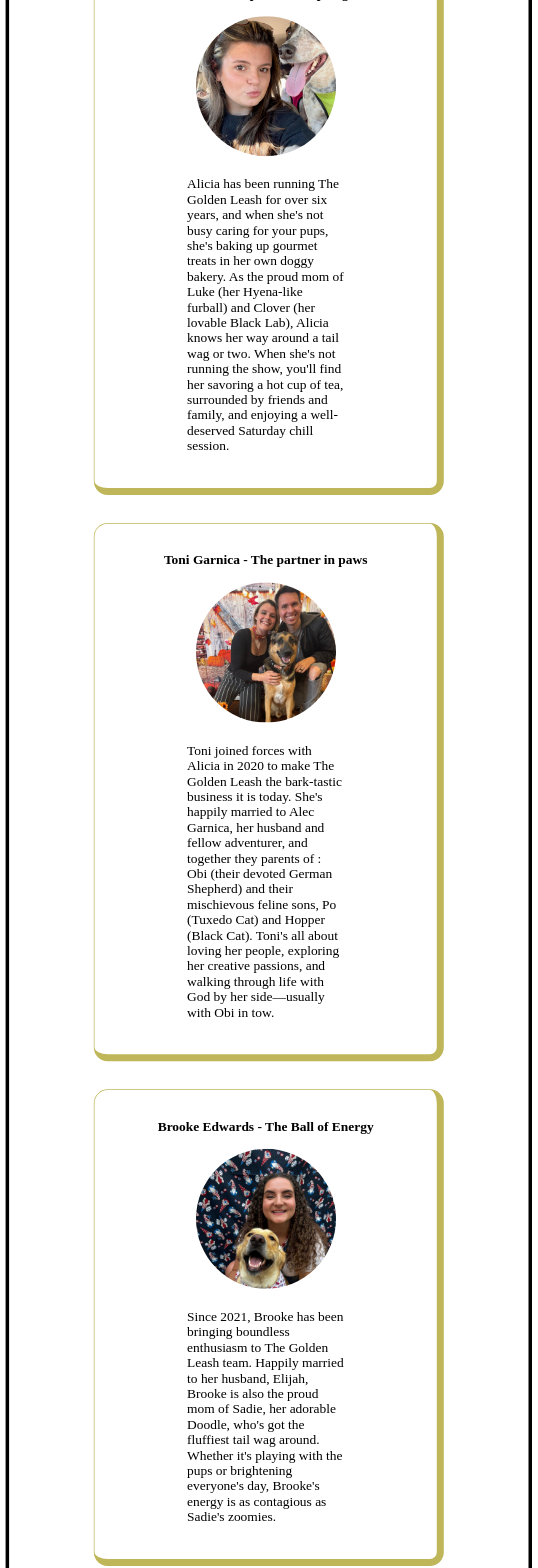
Repository: Aworminator/Thegoldenleash
Page: index.html
An editor plug-in stored every save of this project. The page is shown before and after the next save, followed by the edit.
The browser window is 768 px wide. The pictures show the part of the page from y = 2673 to 4913 px (the page is 7018 px tall before and 6201 px after), at 70% of full size.

Above is the page before, as saved 2025-07-21 22:27:32.

After the next save:
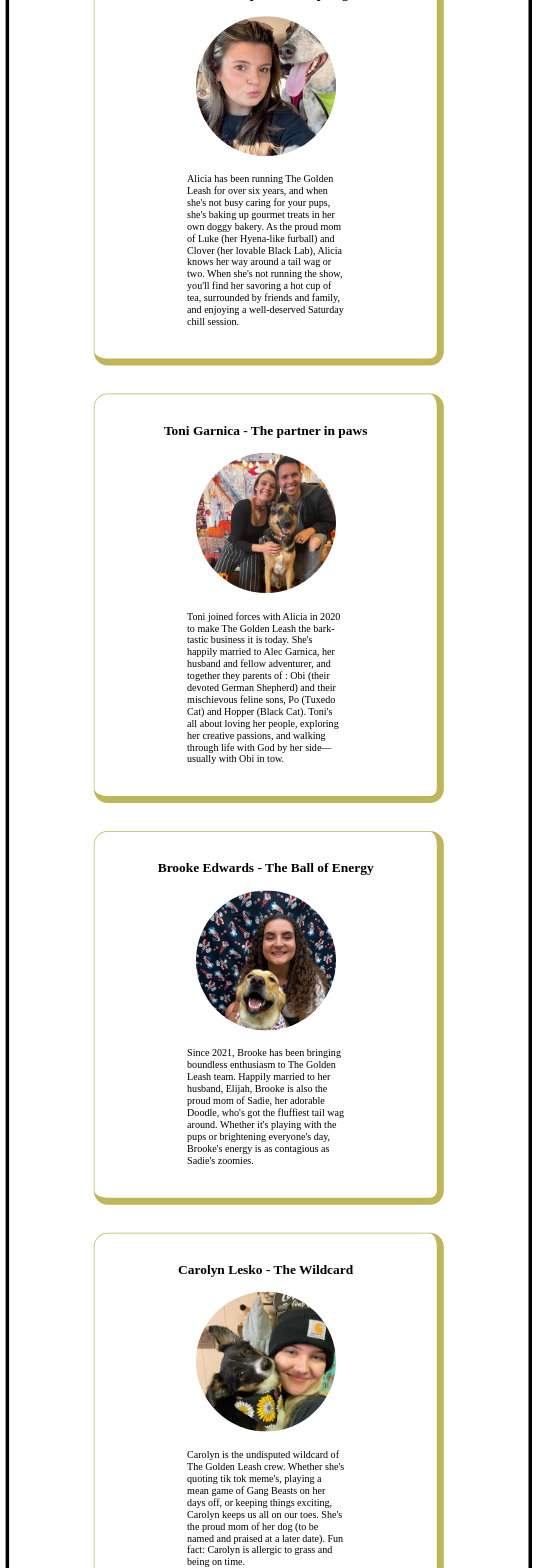
Saved 5 min 11 s later.
--- a/style.css
+++ b/style.css
@@ -248,7 +248,7 @@ li {
   }
 
   .staff-info {
-    font-size: 1.2em;
+    font-size: 0.9em;
     overflow: visible;
     padding: 10px;
   }
